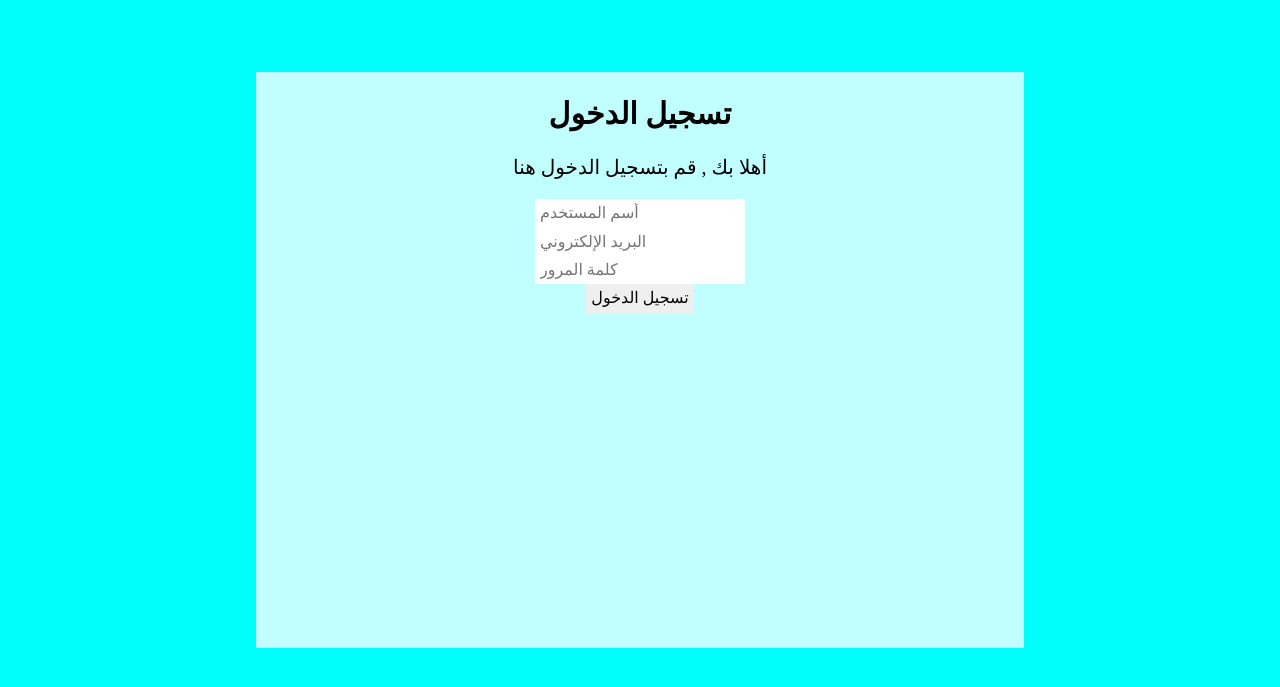
Repository: FaisalFahed/login-page
Page: html/صفحة تسجيل دخول.html
The author's editor kept a copy of each file at every save. The page is drawn from the files as they stood at one save, then again after the next save.
The browser window is 1280 px wide. The pictures show the whole page.
Some web fonts or font styles are not loaded; a fallback is used.

Above is the page before, as saved 2025-04-01 08:10:32.

### html/صفحة تسجيل دخول.html
<!DOCTYPE html>
<html lang="en">
<head>
    <meta charset="UTF-8">
    <meta name="viewport" content="width=device-width, initial-scale=1.0">
    <link rel="stylesheet" href="css/normlaize.css">
    <link rel="stylesheet" href="../css/صفحة تسجيل دخول.css">
    <!-- Font Awesome -->
    <link rel="stylesheet" href="../css/all.min.css">
    <!-- Google Fonts -->
    <link rel="preconnect" href="https://fonts.googleapis.com">
    <link rel="preconnect" href="https://fonts.gstatic.com" crossorigin>
    <link href="https://fonts.googleapis.com/css2?family=Markazi+Text:wght@400..700&display=swap" rel="stylesheet">
    <title>Faisal | صفحة تسجيل دخول</title>
</head>
    <body>
        <div class="container">
            <div class="text">
                <h2>تسجيل الدخول</h2>
                <p>أهلا بك , قم بتسجيل الدخول هنا</p>
            </div>
            <div class="log-in">
                <input type="text" placeholder="أسم المستخدم">
                <input type="email" placeholder="البريد الإلكتروني">
                <input type="password" placeholder="كلمة المرور">
                <input type="submit" value="تسجيل الدخول">
            </div>
            <div class="icons">
                <ul>
                    <li><a href="#"></a></li>
                    <li><a href="#"></a></li>
                    <li><a href="#"></a></li>
                </ul>
            </div>
        </div>
    </body>
</html>

### css/normlaize.css
/*! normalize.css v8.0.1 | MIT License | github.com/necolas/normalize.css */

/* Document
   ========================================================================== */

/**
 * 1. Correct the line height in all browsers.
 * 2. Prevent adjustments of font size after orientation changes in iOS.
 */

 html {
  line-height: 1.15; /* 1 */
  -webkit-text-size-adjust: 100%; /* 2 */
}

/* Sections
   ========================================================================== */

/**
 * Remove the margin in all browsers.
 */

body {
  margin: 0;
}

/**
 * Render the `main` element consistently in IE.
 */

main {
  display: block;
}

/**
 * Correct the font size and margin on `h1` elements within `section` and
 * `article` contexts in Chrome, Firefox, and Safari.
 */

h1 {
  font-size: 2em;
  margin: 0.67em 0;
}

/* Grouping content
   ========================================================================== */

/**
 * 1. Add the correct box sizing in Firefox.
 * 2. Show the overflow in Edge and IE.
 */

hr {
  box-sizing: content-box; /* 1 */
  height: 0; /* 1 */
  overflow: visible; /* 2 */
}

/**
 * 1. Correct the inheritance and scaling of font size in all browsers.
 * 2. Correct the odd `em` font sizing in all browsers.
 */

pre {
  font-family: monospace, monospace; /* 1 */
  font-size: 1em; /* 2 */
}

/* Text-level semantics
   ========================================================================== */

/**
 * Remove the gray background on active links in IE 10.
 */

a {
  background-color: transparent;
}

/**
 * 1. Remove the bottom border in Chrome 57-
 * 2. Add the correct text decoration in Chrome, Edge, IE, Opera, and Safari.
 */

abbr[title] {
  border-bottom: none; /* 1 */
  text-decoration: underline; /* 2 */
  text-decoration: underline dotted; /* 2 */
}

/**
 * Add the correct font weight in Chrome, Edge, and Safari.
 */

b,
strong {
  font-weight: bolder;
}

/**
 * 1. Correct the inheritance and scaling of font size in all browsers.
 * 2. Correct the odd `em` font sizing in all browsers.
 */

code,
kbd,
samp {
  font-family: monospace, monospace; /* 1 */
  font-size: 1em; /* 2 */
}

/**
 * Add the correct font size in all browsers.
 */

small {
  font-size: 80%;
}

/**
 * Prevent `sub` and `sup` elements from affecting the line height in
 * all browsers.
 */

sub,
sup {
  font-size: 75%;
  line-height: 0;
  position: relative;
  vertical-align: baseline;
}

sub {
  bottom: -0.25em;
}

sup {
  top: -0.5em;
}

/* Embedded content
   ========================================================================== */

/**
 * Remove the border on images inside links in IE 10.
 */

img {
  border-style: none;
}

/* Forms
   ========================================================================== */

/**
 * 1. Change the font styles in all browsers.
 * 2. Remove the margin in Firefox and Safari.
 */

button,
input,
optgroup,
select,
textarea {
  font-family: inherit; /* 1 */
  font-size: 100%; /* 1 */
  line-height: 1.15; /* 1 */
  margin: 0; /* 2 */
}

/**
 * Show the overflow in IE.
 * 1. Show the overflow in Edge.
 */

button,
input { /* 1 */
  overflow: visible;
}

/**
 * Remove the inheritance of text transform in Edge, Firefox, and IE.
 * 1. Remove the inheritance of text transform in Firefox.
 */

button,
select { /* 1 */
  text-transform: none;
}

/**
 * Correct the inability to style clickable types in iOS and Safari.
 */

button,
[type="button"],
[type="reset"],
[type="submit"] {
  -webkit-appearance: button;
}

/**
 * Remove the inner border and padding in Firefox.
 */

button::-moz-focus-inner,
[type="button"]::-moz-focus-inner,
[type="reset"]::-moz-focus-inner,
[type="submit"]::-moz-focus-inner {
  border-style: none;
  padding: 0;
}

/**
 * Restore the focus styles unset by the previous rule.
 */

button:-moz-focusring,
[type="button"]:-moz-focusring,
[type="reset"]:-moz-focusring,
[type="submit"]:-moz-focusring {
  outline: 1px dotted ButtonText;
}

/**
 * Correct the padding in Firefox.
 */

fieldset {
  padding: 0.35em 0.75em 0.625em;
}

/**
 * 1. Correct the text wrapping in Edge and IE.
 * 2. Correct the color inheritance from `fieldset` elements in IE.
 * 3. Remove the padding so developers are not caught out when they zero out
 *    `fieldset` elements in all browsers.
 */

legend {
  box-sizing: border-box; /* 1 */
  color: inherit; /* 2 */
  display: table; /* 1 */
  max-width: 100%; /* 1 */
  padding: 0; /* 3 */
  white-space: normal; /* 1 */
}

/**
 * Add the correct vertical alignment in Chrome, Firefox, and Opera.
 */

progress {
  vertical-align: baseline;
}

/**
 * Remove the default vertical scrollbar in IE 10+.
 */

textarea {
  overflow: auto;
}

/**
 * 1. Add the correct box sizing in IE 10.
 * 2. Remove the padding in IE 10.
 */

[type="checkbox"],
[type="radio"] {
  box-sizing: border-box; /* 1 */
  padding: 0; /* 2 */
}

/**
 * Correct the cursor style of increment and decrement buttons in Chrome.
 */

[type="number"]::-webkit-inner-spin-button,
[type="number"]::-webkit-outer-spin-button {
  height: auto;
}

/**
 * 1. Correct the odd appearance in Chrome and Safari.
 * 2. Correct the outline style in Safari.
 */

[type="search"] {
  -webkit-appearance: textfield; /* 1 */
  outline-offset: -2px; /* 2 */
}

/**
 * Remove the inner padding in Chrome and Safari on macOS.
 */

[type="search"]::-webkit-search-decoration {
  -webkit-appearance: none;
}

/**
 * 1. Correct the inability to style clickable types in iOS and Safari.
 * 2. Change font properties to `inherit` in Safari.
 */

::-webkit-file-upload-button {
  -webkit-appearance: button; /* 1 */
  font: inherit; /* 2 */
}

/* Interactive
   ========================================================================== */

/*
 * Add the correct display in Edge, IE 10+, and Firefox.
 */

details {
  display: block;
}

/*
 * Add the correct display in all browsers.
 */

summary {
  display: list-item;
}

/* Misc
   ========================================================================== */

/**
 * Add the correct display in IE 10+.
 */

template {
  display: none;
}

/**
 * Add the correct display in IE 10.
 */

[hidden] {
  display: none;
}

### css/صفحة تسجيل دخول.css
*{
    box-sizing: border-box;
}

:root{
    --main-color: #ff1f1fd6;
    --main-color-alt: #1787E0;
    --main-transition-duration: 0.3s;
    --main-padding-top: 100px;
    --main-padding-bottom: 100px;
    --section-background: #ECECEC;
}

html{
    scroll-behavior: smooth;
}

body{
    font-family: "Markazi Text", serif;
    background-color: #00fffb;
    display: flex;
    width: 100vw;
    height: 100vh;
    justify-content: center;
    align-items: center;
}

a{
    text-decoration: none;
}

ul{
    list-style: none;
    padding: 0;
    margin: 0;
}

.container{
    padding-left: 15px;
    padding-right: 15px;
    margin-left: auto;
    margin-right: auto;
    background-color: rgba(255, 255, 255, 0.753);
    height: 80vh;
    width: 60vw;
    text-align: center;
}

.text{
    font-size: 20px;
}
.log-in{
    display: flex;
    flex-direction: column;
    align-items: center;
    justify-content: center;
}
.log-in input{
    border: none;
    outline: none;
    padding: 5px;
}
/* @media (min-width:768px){
    .container{
        width: 750px;
    }
}

@media (min-width:992px){
    .container{
        width: 970px;
    }
}

@media (min-width:1200px){
    .container{
        width: 1170px;
    }
} */

Loaded but not shown: css/all.min.css (library)

After the next save:
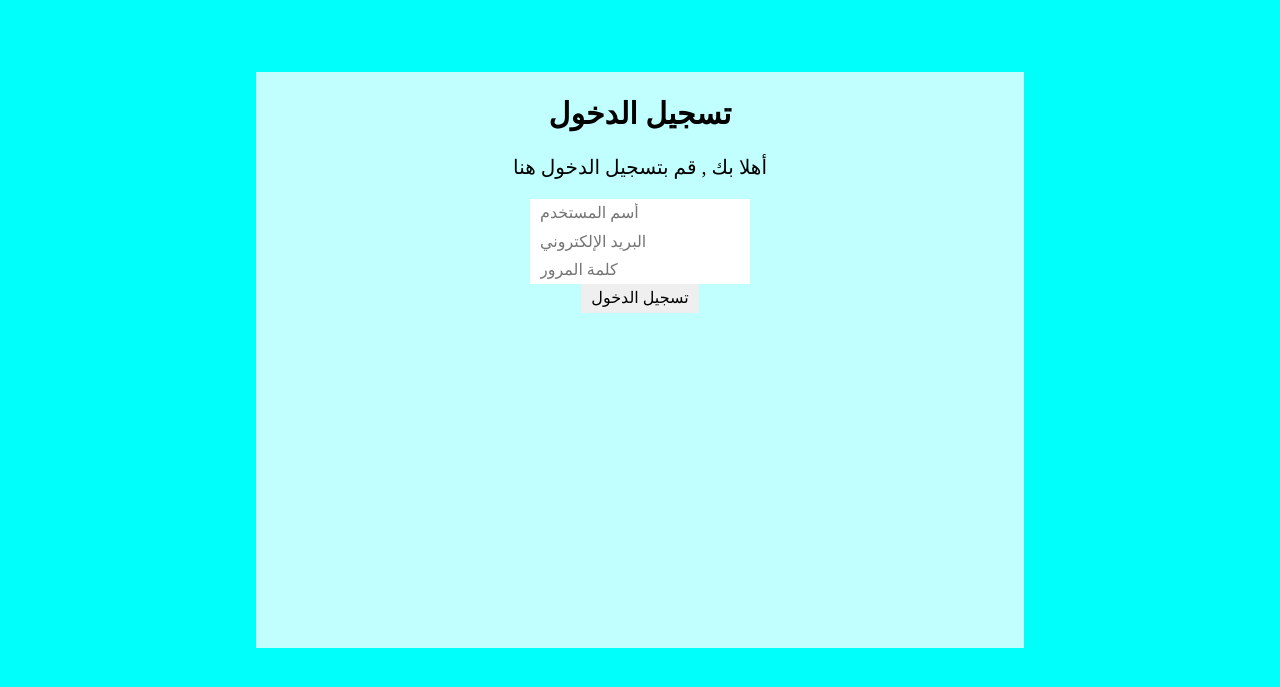
Saved 14 s later.
--- a/css/صفحة تسجيل دخول.css
+++ b/css/صفحة تسجيل دخول.css
@@ -58,7 +58,7 @@ ul{
 .log-in input{
     border: none;
     outline: none;
-    padding: 5px;
+    padding: 5px 10px;
 }
 /* @media (min-width:768px){
     .container{
